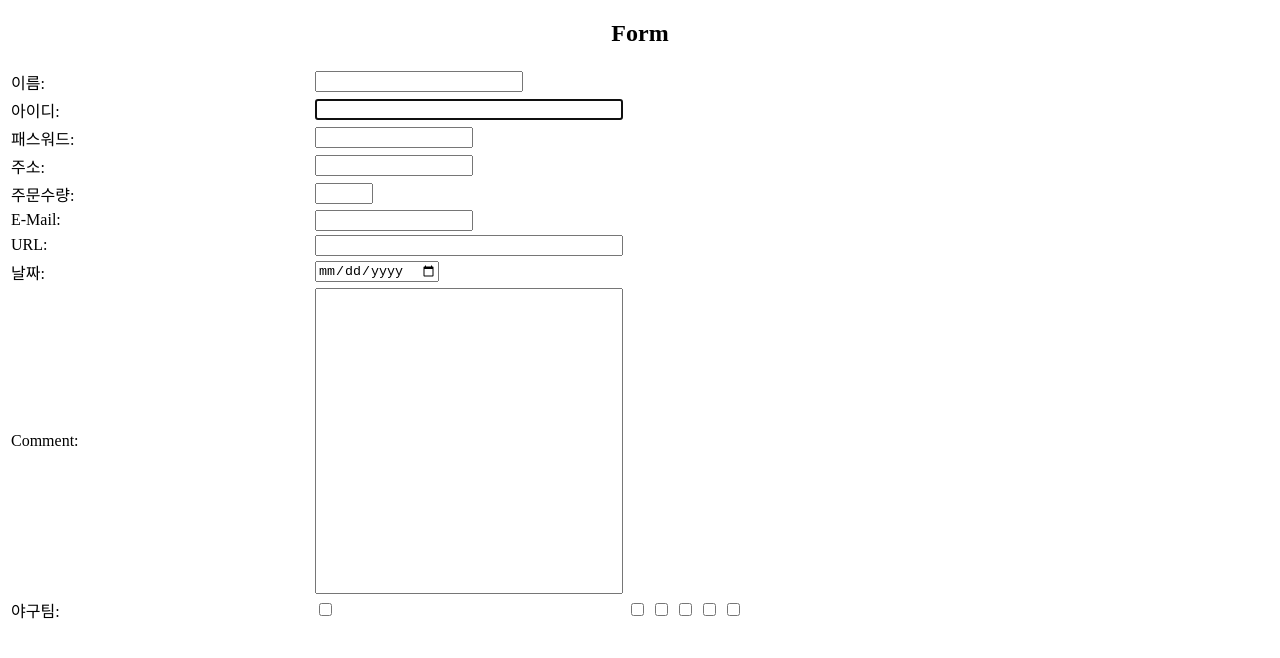
Repository: gyujin91/JSP
Page: web01/src/main/webapp/form.html
These files come from the project's save history. The page is drawn as it stood at one moment and after the next save; the edit follows.
The browser window is 1280 px wide. The pictures show the whole page.

Above is the page before, as saved 2022-04-22 05:42:48.

### web01/src/main/webapp/form.html
<!DOCTYPE html>
<html>
<head>
<meta charset="UTF-8">
<link rel="stylesheet" type="text/css" href="">
<style>
.form{text-align: center;}
.input1{width: 200px;}
.input2{width:300px;}
.input3{width:150px;}
.input4{width:150px;}
.input5{width:50px;}
.input6{width:150px;}
.input7{width:300px;}
.input8{width: 300px; height: 300px;}
.td1{width:300px}
</style>

<title>Form Sample</title>
</head>
<body>
	<h2 class="form">Form</h2>
	<form action="loginPro.jsp" method="post" name="twin">
        <table>
            <tr>
                <td class="td1">이름:</td>
                <td><input type="text" name="name" class="input1"></td>
            </tr>
            <tr>
            	<td class="td1">아이디:
            	<td><input type="text" name="uid"  class="input2" autofocus="autofocus"></td>
            </tr>
            <tr>
            	<td class="td1">패스워드:
            	<td><input type="password" name="upw" class="input3"></td>
            </tr>
            <tr>
            	<td class="td1">주소:
            	<td><input type="text" name="adrr" class="input4"></td>
            </tr>
            <tr>
            	<td class="td1">주문수량:
            	<td><input type="text" name="ordercount" class="input5"></td>
            </tr>
            <tr>
            	<td class="td1">E-Mail:
            	<td><input type="email" name="eamil" class="input6"></td>
            </tr>
            <tr>
            	<td class="td1">URL:
            	<td><input type="url" name="url" class="input7"></td>
            </tr>
            <tr>
            	<td class="td1">날짜:
            	<td><input type="date" name="date"></td>
            </tr>
            <tr>
            	<td class="td1">Comment:
            	<td><input type="text" name="comment" class="input8"></td>
            </tr>
            <tr>
            	<td class="td1">야구팀:
            	<td><lable><input type="checkbox" name="check" value="두산" class="input9"></lable></td>
            	<td><lable><input type="checkbox" name="check" value="NC" class="input9"></lable></td>
            	<td><lable><input type="checkbox" name="check" value="LG" class="input9"></lable></td>
            	<td><lable><input type="checkbox" name="check" value="SK" class="input9"></lable></td>
            	<td><lable><input type="checkbox" name="check" value="KIA" class="input9"></lable></td>
            	<td><lable><input type="checkbox" name="check" value="Samsung" class="input9"></lable></td>
            </tr>



        </table>




</body>
</html>

After the next save:
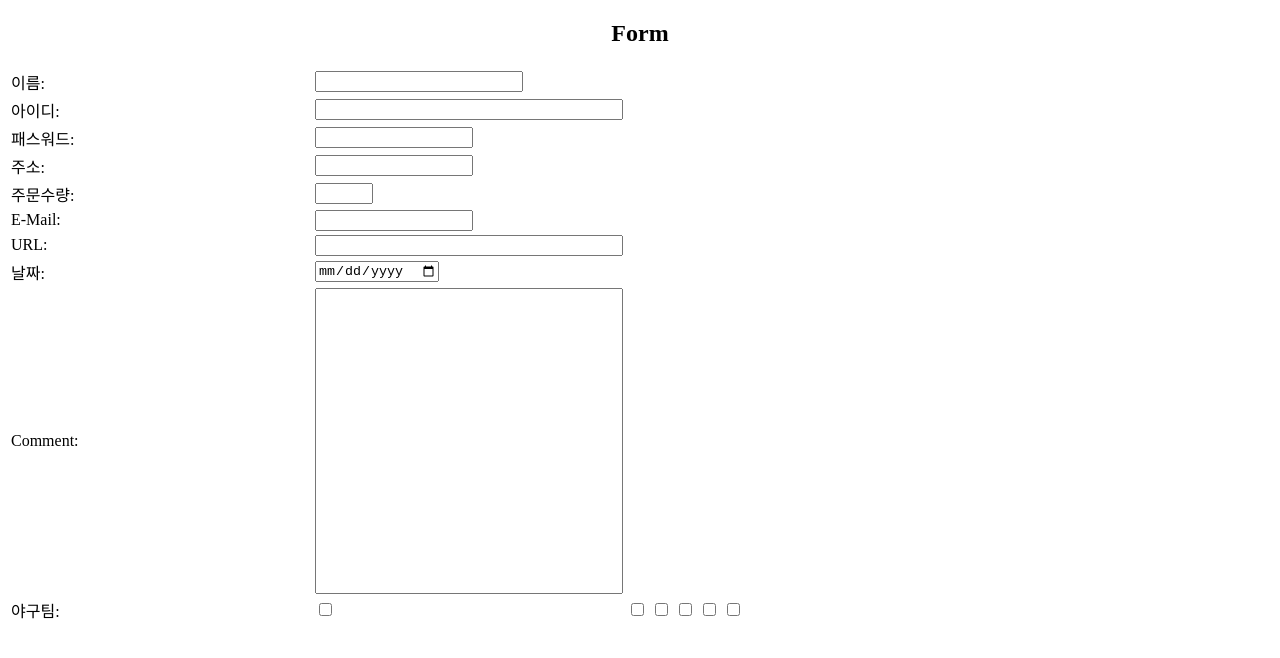
Saved 17 s later.
--- a/web01/src/main/webapp/form.html
+++ b/web01/src/main/webapp/form.html
@@ -28,7 +28,7 @@
             </tr>
             <tr>
             	<td class="td1">아이디:
-            	<td><input type="text" name="uid"  class="input2" autofocus="autofocus"></td>
+            	<td><input type="text" name="uid"  class="input2" focus="autofocus"></td>
             </tr>
             <tr>
             	<td class="td1">패스워드:

After the save that followed:
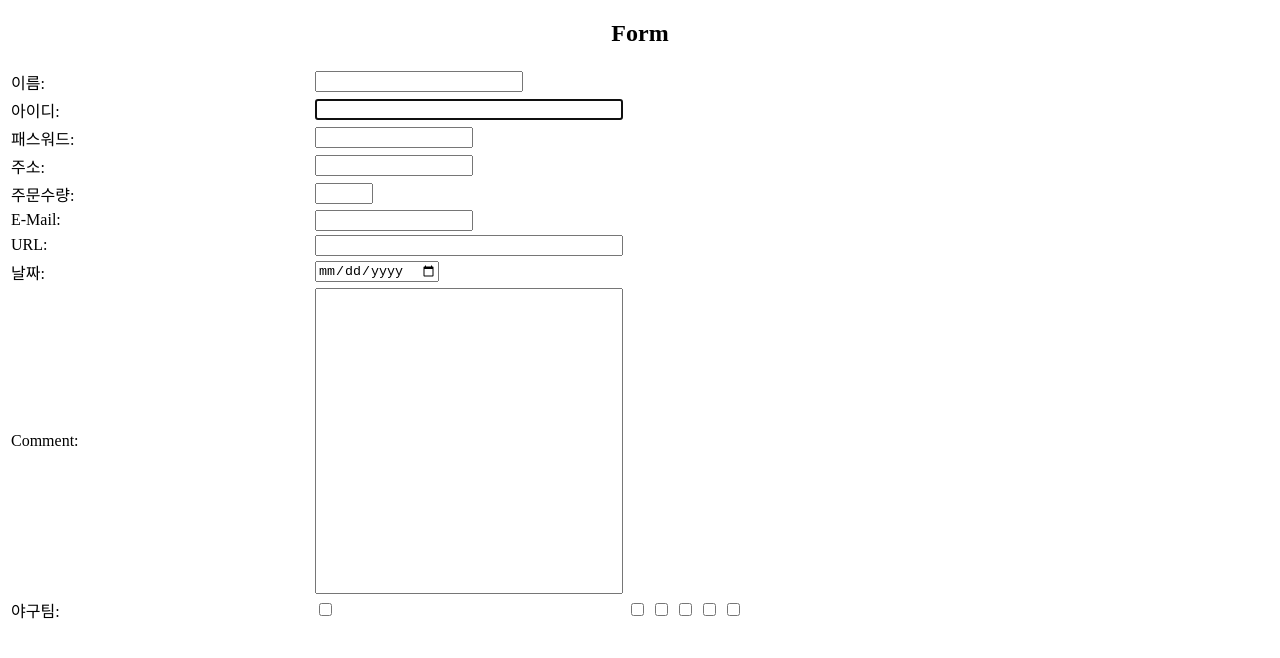
Saved 8 s later.
--- a/web01/src/main/webapp/form.html
+++ b/web01/src/main/webapp/form.html
@@ -28,7 +28,7 @@
             </tr>
             <tr>
             	<td class="td1">아이디:
-            	<td><input type="text" name="uid"  class="input2" focus="autofocus"></td>
+            	<td><input type="text" name="uid"  class="input2" autofocus="autofocus"></td>
             </tr>
             <tr>
             	<td class="td1">패스워드:
